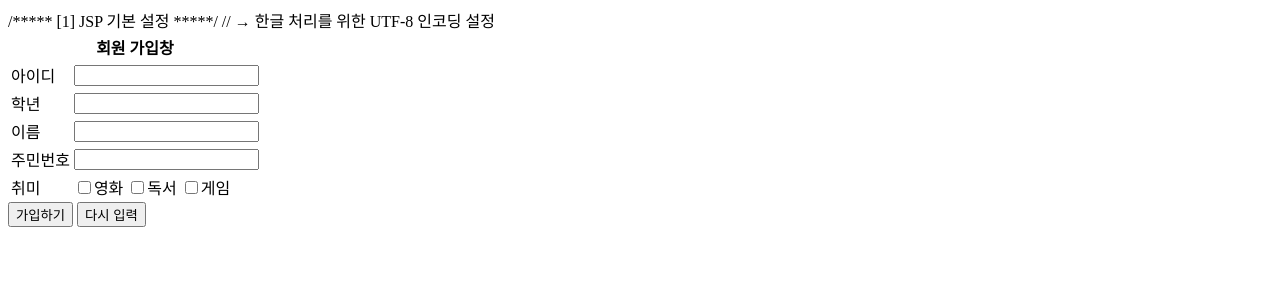
Repository: jrkim-kr/java-web-development
Page: http://localhost/test/WEB-INF/views/student/write.jsp
The author's editor kept a copy of each file at every save. The page is drawn from the files as they stood at one save, then again after the next save.
The browser window is 1280 px wide. The pictures show the whole page.
The page is served by Tomcat 9. Nobody is signed in. Other server files are loaded and not shown. The template is opened directly, without the code that normally fills it, so the values that code supplies are empty.

Above is the page before, as saved 2024-12-03 07:34:38.

### workspace_sts/test/src/main/webapp/WEB-INF/views/student/write.jsp
<!-- ================================================
* [2] write.jsp (학생 등록 폼)
*================================================ -->

/***** [1] JSP 기본 설정 *****/
<%@ page language="java" contentType="text/html; charset=UTF-8" pageEncoding="UTF-8"%>
// → 한글 처리를 위한 UTF-8 인코딩 설정

<!-- [2] JavaScript 폼 검증 함수 -->
<script>
   function fn_sendMember() {
       // → 폼 객체와 입력값 가져오기
       var frmMember = document.frmMember;
       var id = frmMember.id.value;
       var name = frmMember.name.value;

       // → 아이디 필수 입력 검사
       if (id.trim() == '') {
           alert('아이디는 필수입니다.');
           document.querySelector("input[name='id']").focus();
           return;
       }

       // → 이름 필수 입력 검사
       if (name.length == 0 || name == '') {
           alert('이름은 필수입니다.');
           return;
       }

       // → 검증 통과 시 폼 제출
       frmMember.method = 'post';         // POST 방식 설정
       frmMember.action = 'regist.do';    // 제출할 URL 설정
       frmMember.submit();                // 폼 제출
   }
</script>

<body>
   <!-- 회원가입 폼 -->
   <form name="frmMember">
       <table>
           <tr><th colspan="2">회원 가입창</th></tr>
           <tr>
               <td>아이디</td>
               <td><input type="text" name="id"></td>
           </tr>
           <tr>
               <td>학년</td>
               <td><input type="text" name="grade"></td>
           </tr>
           <tr>
               <td>이름</td>
               <td><input type="text" name="name"></td>
           </tr>
           <tr>
               <td>주민번호</td>
               <td><input type="text" name="jumin"></td>
           </tr>
           <tr>
               <td>취미</td>
               <td>
                   <input type="checkbox" name="hobbyName" value="영화">영화
                   <input type="checkbox" name="hobbyName" value="독서">독서
                   <input type="checkbox" name="hobbyName" value="게임">게임
               </td>
           </tr>
       </table>
       <!-- 제출 버튼 -->
       <input type="button" value="가입하기" onclick="fn_sendMember()">
       <input type="reset" value="다시 입력">
   </form>
</body>

After the next save:
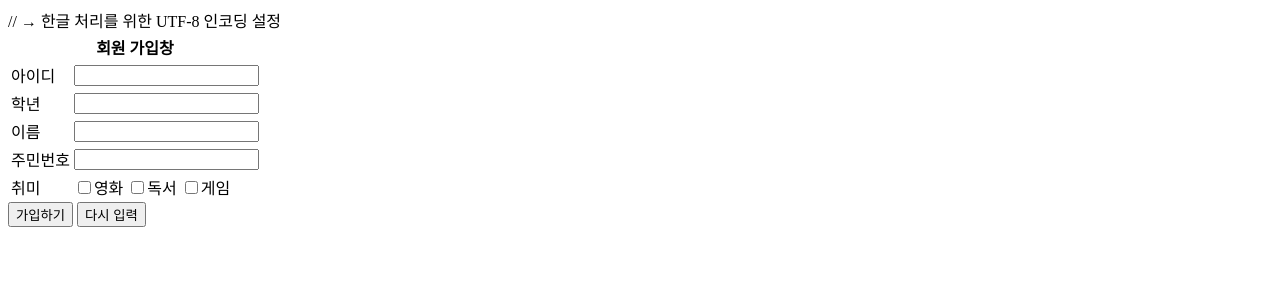
Saved 10 s later.
--- a/workspace_sts/test/src/main/webapp/WEB-INF/views/student/write.jsp
+++ b/workspace_sts/test/src/main/webapp/WEB-INF/views/student/write.jsp
@@ -2,7 +2,7 @@
 * [2] write.jsp (학생 등록 폼)
 *================================================ -->
 
-/***** [1] JSP 기본 설정 *****/
+<!-- [1] JSP 기본 설정 -->
 <%@ page language="java" contentType="text/html; charset=UTF-8" pageEncoding="UTF-8"%>
 // → 한글 처리를 위한 UTF-8 인코딩 설정
 
